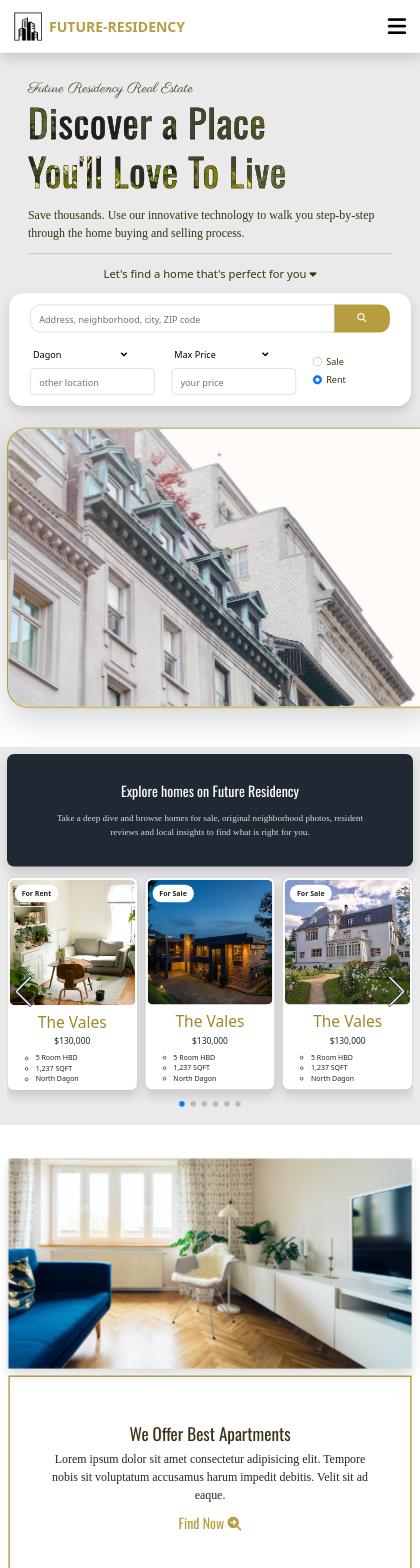
Repository: pyaestk/Future-residency
Page: index.html
The author's editor kept a copy of each file at every save. The page is drawn from the files as they stood at one save, then again after the next save.
The browser window is 600 px wide. The pictures show the part of the page from y = 0 to 2240 px (the page is 4250 px tall), at 70% of full size.
Some web fonts or font styles are not loaded; a fallback is used.

Above is the page before, as saved 2022-12-13 20:49:03.

### index.html
<!doctype html>
<html lang="en">

<head>
  <meta charset="utf-8">
  <meta name="viewport" content="width=device-width, initial-scale=1, minimum-scale=1, maximum-scale=1 ">
  <title>FUTURE-RESIDENCY</title>
  <!--bootstrap-->
  <link href="https://cdn.jsdelivr.net/npm/bootstrap@5.2.3/dist/css/bootstrap.min.css" rel="stylesheet"
    integrity="sha384-rbsA2VBKQhggwzxH7pPCaAqO46MgnOM80zW1RWuH61DGLwZJEdK2Kadq2F9CUG65" crossorigin="anonymous">

  <!--custom css-->
  <link rel="stylesheet" href="style.css" type="text/css">
  <link rel="stylesheet" href="styleMobileview.css" type="text/css">
  <link rel="stylesheet" href="styleTabletview.css" type="text/css">

  <!--font awesome-->
  <link rel="stylesheet" href="https://cdnjs.cloudflare.com/ajax/libs/font-awesome/6.2.1/css/all.min.css"
    integrity="sha512-MV7K8+y+gLIBoVD59lQIYicR65iaqukzvf/nwasF0nqhPay5w/9lJmVM2hMDcnK1OnMGCdVK+iQrJ7lzPJQd1w=="
    crossorigin="anonymous" referrerpolicy="no-referrer" />

  <!--swiper js-->
  <link rel="stylesheet" href="https://cdn.jsdelivr.net/npm/swiper@8/swiper-bundle.min.css" />

</head>

<body>

  <!-- background -->
  <div class="background"></div>

  <!--navigation-->
  <nav class="shadow">
    <div class="logo-area">
      <img src="img/FUTURE_ReSIDENCY-removebg-preview.png" alt="logo" class="logo">
      <span>FUTURE-RESIDENCY</span>
    </div>


    <!--desktop-->
    <div class="navlinks" id="nav-right">
      <div class="icon closeMenubar shadow" onclick="hideMenu()">
        <i class="fa-solid fa-xmark"></i>
      </div>
      <ul>
        <li><a href="#">HOME</a></li>
        <li><a href="properties.html">PROPERTIES</a></li>
        <li><a href="aboutUs.html">ABOUT US</a></li>
        <li><a href="contactUs.html">CONTACT US</a></li>
        <a href="singIn.html" class="navibutton">JOIN</a></li>
      </ul>
    </div>
    <div class="icon openMenubar">
      <i class="fa-solid fa-bars" onclick="showMenu()"></i>
    </div>
  </nav>
  <!--end navigation-->


  <!--jumbotron-->
  <div class="jumbotron mb-5">
    <div class="row mt-3">

      <div class="col-md-7 content">
        <div class="row px-5 text-center">
          <div class="col-md-12 mt-4 px-1">
            <div class="subtext text-center">
              <h4 class="mb-0">Future Residency Real Estate</h4>
            </div>
            <p>Discover a Place <br> You'll Love To Live</p>
            <div class="subtext my-2 text-center">
              <span>Save thousands. Use our innovative technology to walk you
                step-by-step through the home buying and selling process.</span>
            </div>
            <hr>
          </div>
        </div>

        <div class="row justify-content-md-center formsession">
          <div class="col-md-12">
            <div class="mb-3 text-center">
              <span style="--delay: .4s;">
                Let's find a home that's perfect for you <i class="fa-sharp fa-solid fa-caret-down"></i>
              </span>
            </div>
            <div class="searchSection shadow  py-3 " style="--delay: 1s;">
              <div class="row">
                <div class="container input-group form-area mb-3 searchgroup">
                  <input type="text" class="form-control searchbar" placeholder="Address, neighborhood, city, ZIP code">
                  <button><i class="fa-solid fa-magnifying-glass"></i></button>
                </div>
              </div>
              <div class="row">
                <div class="col-md-5 col">
                  <select name="" id="">
                    <option value="">Dagon</option>
                    <option value="">North Dagon</option>
                    <option value="">Yankin</option>
                    <option value="">San Chaung</option>
                  </select>
                  <input type="text" class="form-control" placeholder="other location">
                </div>
                <div class="col-md-5 col">
                  <select name="" id="">
                    <option value="">Max Price</option>
                    <option value="">Average</option>
                    <option value="">Min Price</option>
                  </select>
                  <input type="text" class="form-control" placeholder="your price">
                </div>
                <div class="col-md-2 pt-3 col-3">
                  <div class="form-check">
                    <input class="form-check-input" type="radio" name="flexRadioDefault" id="flexRadioDefault1">
                    <label class="form-check-label" for="flexRadioDefault1">
                      Sale
                    </label>
                  </div>
                  <div class="form-check">
                    <input class="form-check-input" type="radio" name="flexRadioDefault" id="flexRadioDefault2" checked>
                    <label class="form-check-label" for="flexRadioDefault2">
                      Rent
                    </label>
                  </div>
                </div>
              </div>
            </div>
          </div>
        </div>
      </div>

      <div class="col-md-5 text-center customCarousel my-2">
        <div id="carouselExampleCaptions" class="carousel slide w-100" data-bs-ride="true">
          <div class="carousel-inner carouselborder shadow-lg">
            <div class="carousel-item active">
              <img src="img/pexels-alesia-talkachova-2768311.jpg" alt="">
            </div>
            <div class="carousel-item">
              <video src="img/carouselvideo1.mp4" autoplay loop muted></video>
            </div>
            <div class="carousel-item">
              <img src="img/pexels-mathias-reding-5331975.jpg" alt="">
            </div>
          </div>
          <button class="carousel-control-next" type="button" data-bs-target="#carouselExampleCaptions"
            data-bs-slide="next">
            <span class="carousel-control-next-icon" aria-hidden="true"></span>
            <span class="visually-hidden">Next</span>
          </button>
        </div>
      </div>
    </div>
  </div>
  <!--end jumbotron-->

  <div class="group1">
    <div class="row">

      <div class="col-md-4">
        <div class="row label2 shadow">
          <div class="col-md-12 text-center" >

            <h3 id="reveal2">Explore homes on Future Residency</h3>
            <p class="sublabel" id="reveal3" style="font-family: 'Cormorant Infant', serif;">
              Take a deep dive and browse homes for sale, original neighborhood photos, resident reviews and local
              insights to find what is right for you.
            </p>

          </div>
        </div>
      </div>

      <div class="col-md-8">

        <div class="row featuredcard">
          <div class="col-md-12">
            <!--index swiperJs-->
            <div class="swiper mySwiper">
              <div class="swiper-wrapper mb-4">
                <div class="swiper-slide">

                  <div class="card salecard shadow">
                    <div class="salecard-img">
                      <img src="img/apartment1.jpg" class="card-img-top" alt="...">
                      <div class="layer">
                        <a href="saleItem.html" class="text-decoration-none text-white"><h6> See More <i class="fa-sharp fa-solid fa-arrow-right-from-bracket"></i></h6></a>
                      </div>
                      <div class="layer2">
                        <span>For Rent</span>
                      </div>
                    </div>
                    <div class="salecard-body">
                      <div class="row">
                        <div class="col-md-12 text-center">
                          <h4>The Vales</h4>
                          <h6>$130,000</h6>
                        </div>
                        <div class="col-md-12">
                          <li>5 Room HBD</li>
                          <li>1,237 SQFT</li>
                          <li>North Dagon</li>
                        </div>
                      </div>
                    </div>
                  </div>

                </div>
                <div class="swiper-slide">

                  <div class="card salecard shadow">
                    <div class="salecard-img">
                      <img src="img/house3.jpg" class="card-img-top" alt="...">
                      <div class="layer">
                        <h6> See More <i class="fa-sharp fa-solid fa-arrow-right-from-bracket"></i></h6>
                      </div>
                      <div class="layer2">
                        <span>For Sale</span>
                      </div>
                    </div>
                    <div class="salecard-body">
                      <div class="row">
                        <div class="col-md-12 text-center">
                          <h4>The Vales</h4>
                          <h6>$130,000</h6>
                        </div>
                        <div class="col-md-12">
                          <li>5 Room HBD</li>
                          <li>1,237 SQFT</li>
                          <li>North Dagon</li>
                        </div>
                      </div>
                    </div>
                  </div>

                </div>
                <div class="swiper-slide">

                  <div class="card salecard shadow">
                    <div class="salecard-img">
                      <img src="img/house1.jpg" class="card-img-top" alt="...">
                      <div class="layer">
                        <h6> See More <i class="fa-sharp fa-solid fa-arrow-right-from-bracket"></i></h6>
                      </div>
                      <div class="layer2">
                        <span>For Sale</span>
                      </div>
                    </div>
                    <div class="salecard-body">
                      <div class="row">
                        <div class="col-md-12 text-center">
                          <h4>The Vales</h4>
                          <h6>$130,000</h6>
                        </div>
                        <div class="col-md-12">
                          <li>5 Room HBD</li>
                          <li>1,237 SQFT</li>
                          <li>North Dagon</li>
                        </div>
                      </div>
                    </div>
                  </div>

                </div>
                <div class="swiper-slide">

                  <div class="card salecard shadow">
                    <div class="salecard-img">
                      <img src="img/house5.jpg" class="card-img-top" alt="...">
                      <div class="layer">
                        <h6> See More <i class="fa-sharp fa-solid fa-arrow-right-from-bracket"></i></h6>
                      </div>
                      <div class="layer2">
                        <span>For Sale</span>
                      </div>
                    </div>
                    <div class="salecard-body">
                      <div class="row">
                        <div class="col-md-12 text-center">
                          <h4>The Vales</h4>
                          <h6>$130,000</h6>
                        </div>
                        <div class="col-md-12">
                          <li>5 Room HBD</li>
                          <li>1,237 SQFT</li>
                          <li>North Dagon</li>
                        </div>
                      </div>
                    </div>
                  </div>

                </div>
                <div class="swiper-slide">

                  <div class="card salecard shadow">
                    <div class="salecard-img">
                      <img src="img/house10.jpg" class="card-img-top" alt="...">
                      <div class="layer">
                        <h6> See More <i class="fa-sharp fa-solid fa-arrow-right-from-bracket"></i></h6>
                      </div>
                      <div class="layer2">
                        <span>For Sale</span>
                      </div>
                    </div>
                    <div class="salecard-body">
                      <div class="row">
                        <div class="col-md-12 text-center">
                          <h4>The Vales</h4>
                          <h6>$130,000</h6>
                        </div>
                        <div class="col-md-12">
                          <li>5 Room HBD</li>
                          <li>1,237 SQFT</li>
                          <li>North Dagon</li>
                        </div>
                      </div>
                    </div>
                  </div>

                </div>
                <div class="swiper-slide">

                  <div class="card salecard shadow">
                    <div class="salecard-img">
                      <img src="img/apartment5.jpg" class="card-img-top" alt="...">
                      <div class="layer">
                        <h6> See More <i class="fa-sharp fa-solid fa-arrow-right-from-bracket"></i></h6>
                      </div>
                      <div class="layer2">
                        <span>For Rent</span>
                      </div>
                    </div>
                    <div class="salecard-body">
                      <div class="row">
                        <div class="col-md-12 text-center">
                          <h4>The Vales</h4>
                          <h6>$130,000</h6>
                        </div>
                        <div class="col-md-12">
                          <li>5 Room HBD</li>
                          <li>1,237 SQFT</li>
                          <li>North Dagon</li>
                        </div>
                      </div>
                    </div>
                  </div>

                </div>

              </div>

              <div class="swiper-button-next" style="color: #ffffff;   -webkit-text-stroke-width: 1px;
              -webkit-text-stroke-color: #1F2833;"></div>

              <div class="swiper-button-prev text-light" style="color: #ffffff;   -webkit-text-stroke-width: 1px;
              -webkit-text-stroke-color: #1F2833;"></div>

              <div class="swiper-pagination"></div>
            </div>
          </div>
          <!--swiperJs end-->
        </div>
      </div>

    </div>
  </div>
  <!--group1 end-->




  <div class="container-fluid pt-5">
    <div class="row pic-container">
      <div class="col-md-7">
        <div class="pic1">
          <img class="shadow" src="img/jarek-ceborski-jn7uVeCdf6U-unsplash.jpg" alt="" id="reveal2">
        </div>
      </div>
      <div class=" col-md-5 d-flex flex-column justify-content-center">
        <div class="pic1-caption d-flex flex-column justify-content-center px-5 align-items-center" >
          <h3 id="reveal">We Offer Best Apartments</h3>
          <span id="reveal2">Lorem ipsum dolor sit amet consectetur adipisicing elit.
             Tempore nobis sit voluptatum accusamus harum impedit debitis.
             Velit sit ad eaque.
          </span>
          <a href="properties.html" class="text-decoration-none"><h6 id="reveal3">Find Now <i class="fa-solid fa-magnifying-glass-arrow-right"></i></h6></a>
        </div>
      </div>
    </div>
  </div>
  <div class="container-fluid pt-2">
    <div class="row mt-3">
      <div class="col-md-4 vid">
        <video class="shadow" src="img/1624370561481-FbR_sea_fin_2905 - converted with Clipchamp.mp4" muted autoplay loop poster="img/Screenshot 2022-12-05 124058.jpg" id="reveal2"></video>
      </div>
      <div class=" col-md-8 d-flex flex-column justify-content-center">
        <div class="vid-caption px-5 d-flex flex-column justify-content-center align-items-center" >
          <h3 id="reveal">We Offer Best Location</h3>
          <span id="reveal2">Lorem ipsum dolor sit amet consectetur adipisicing elit.
            Tempore nobis sit voluptatum accusamus harum impedit debitis.
            Velit sit ad eaque.
            Lorem ipsum dolor sit amet consectetur adipisicing elit. Unde, rerum?
          </span>
          <a href="properties.html" class="text-decoration-none"><h6 id="reveal3">Find Now <i class="fa-solid fa-magnifying-glass-arrow-right"></i></h6></a>
        </div>
      </div>

    </div>
  </div>

  <div class="container-fluid pt-2 mb-5">
    <div class="row mt-3 pic2-container">

      <div class=" col-md-5 d-flex flex-column justify-content-center">
        <div class="pic2-caption px-5 d-flex flex-column justify-content-center align-items-center">
          <h3 id="reveal">We Offer Best Houses</h3>
          <span id="reveal2">Lorem ipsum dolor sit amet consectetur adipisicing elit.
            Tempore nobis sit voluptatum accusamus harum impedit debitis.
            Velit sit ad eaque.
          </span>
          <a href="properties.html" class="text-decoration-none"><h6 id="reveal3">Find Now <i class="fa-solid fa-magnifying-glass-arrow-right"></i></h6></a>
        </div>
      </div>
      <div class="col-md-7 pic2">
        <img class="shadow" src="img/stephan-bechert-yFV39g6AZ5o-unsplash.jpg" alt="" id="reveal">
      </div>

    </div>
  </div>



  <!--footer-->
  <div class="footer pt-5">
    <div class="container text-center text-white">
      <div class="row">
        <div class="col-md-12 my-5" id="reveal3">
          <h2><img src="img/FUTURE_ReSIDENCY-removebg-preview-modified.png" alt="logo" class="logo pb-2"><span>
              FUTURE-RESIDENCY </span> Real Estate</h2>
        </div>
      </div>
      <div class="row pb-5 gap-5 justify-content-md-center">
        <div class="col col-md-3" id="reveal3">
          </ul>
          <h5>Our company</h5>
          <div>about us</div>
          <div>privacy policy</div>
          <div>terms of service</div>
        </div>
        <div class="col-md-auto" id="reveal3">
          <h5>Advertise with Us</h5>
          <div>list a property</div>
          <div>business solutions</div>
        </div>
        <div class="col col-md-3" id="reveal3">
          <h5>Let us Help</h5>
          <div>avoid scams</div>
          <div>contact us</div>
          <div>site map</div>
        </div>
      </div>
      <hr>
      <div class="row text-center pb-2">
        <div class="col-md-12">
          <span class="copyright" id="reveal3">© 2022 Rent Group Inc. All rights reserved. All photos, videos, text and other content
            are the property of Future-Residency Group Inc. APARTMENT GUIDE and the APARTMENT GUIDE Trade Dress
            are registered trademarks of Future-Residency Inc. or its affiliates.</span>
        </div>
      </div>
    </div>
  </div>



  <!--swiper js-->
  <script src="https://cdn.jsdelivr.net/npm/swiper@8/swiper-bundle.min.js"></script>

  <!--javascript-->
  <script src="app.js"></script>

  <!--bootstrap-->
  <script src="https://cdn.jsdelivr.net/npm/bootstrap@5.2.3/dist/js/bootstrap.bundle.min.js"
    integrity="sha384-kenU1KFdBIe4zVF0s0G1M5b4hcpxyD9F7jL+jjXkk+Q2h455rYXK/7HAuoJl+0I4"
    crossorigin="anonymous"></script>
</body>

</html>

### styleMobileview.css

/* mobile view */

@media only screen and (max-width: 767px) {

  /* navigation */
  .icon{
    display: block;
    cursor: pointer;
  }
  nav{
    z-index: 1000;
  }
  .navlinks{
    position: absolute;
    background-color: rgb(216, 216, 216);
    height: 100vh;
    width: 100vw;
    top: 0;
    right: -100vw;
    text-align: left;
    z-index: 10;
    transition: .7s;
    overflow-y: hidden;
    padding-bottom: 50px;
  }
  .navlinks ul li a{
    color: black;
  }
  .navlinks ul li{
    display: block;
    margin: 50px 0;
    border-radius: 20px;
  }
  .navlinks ul{
    padding-left: 0;
    text-align: center;
  }
  .navibutton{
    margin-left: 0;
    color: black;
    border: 2px solid black;
  }
  .navlinks .closeMenubar{
    background-color: white;
    display: block;
    padding: 15px 20px;
    text-align: end;
    position: sticky;
    top: 0;
  }
  /* navigation end */

  /* jumbotron */


  .jumbotron p{
    font-size: 55px;
    text-align: start;
  }
  .subtext h4{
    font-size: 20px;
    text-align: start!important;
  }
  .subtext{
    font-size: 17px;
    text-align: start!important;
  }
  .indexBackground{
    background: linear-gradient(90deg, #EAEAEA 65%, #EAEAEA -30%);
  }
  .searchSection{
    margin: 10px 13px;
  }
  .customCarousel{
    margin-left: 10px;
  }
  .carousel-control-next{
    padding-right: 30px;
  }
  .carouselborder img{
    width: 100%;
    height: 77vh;
    object-position: center;
    object-fit: cover;
    transition: 1s;
  }
  .carouselborder video{
    width: 100%;
    height: 77vh;
    object-position: bottom;
    object-fit: cover;
  }
  .carouselborder{
    border-radius: 30px 0 0 30px;
    height: 50vh;
    border: 2px solid #b69e40;
  }
  /* jumbotron end */

  /* first group */
  .group1{
    padding-top: 10px;
    padding-bottom: 10px;
  }
  .label2{
    margin-left: 10px;
    border-radius: 10px;
    margin: 0 10px;
    padding: 40px 15px 40px 15px;
  }
  .label2 h3{
    font-size: 20px;
  }
  .sublabel{
    font-size: 13px;
    padding-top: 10px;
  }
  .salecard li{
    padding-left: 20px;
  }
  .featuredcard{
    padding: 0 10px;
  }
  /* second group */
  .group2 .col-md-8{
    order: 2;
  }
  .label{
    margin: 10px!important;
    padding: 30px 0;
    border-radius: 5px 20px 20px 5px;
  }
  .label h3{
    font-size: 20px;
    padding: 20px 10px;
  }


  .salecard h6{
    font-size: 12px;
    padding-bottom: 0;
  }
  .salecard li{
    font-size: 10px;
    list-style-type: circle;
  }
  .layer h5{
    font-size: 12px;
  }

  .layer2{
    font-size: 10px;
    padding: 3px 3px;
  }
  .pic2-container .col-md-5{
    order: 2;
  }
  .pic1-caption, .pic2-caption{
    margin-top: 10px;
  }
  .vid-caption{
    margin-top: 5px;
  }

  /* properties */
  .searchSection{
    font-size: 13px;
  }
  .searchSection input::placeholder{
    font-size: 13px;
  }

  /* aboutUs */
  .ourhistory .label2{
    color: white;
    background-color: #1F2833;
    margin-left: 10px;
    border-radius: 5px;
    margin: 10px 10px;
    padding: 10px;
  }
  .ourhistory .history{
    border-radius: 20px 5px 5px 20px;
    margin: 30px 10px 19px 10px!important;
  }
  .history{
    text-align: justify;
  }
  .locationsession{
    text-align: center;
    margin: 10px;
  }
  .aboutUscard-container{
    padding-left: 0px!important;
    margin: 0!important;
  }
  .aboutUscard{
    width: 100%;
    margin-top: 30px;
    padding: 30px 10px 10px 30!important;
  }
  .aboutUs .label{
    border-radius: 5px;
  }

  /* contact us */
  .contactsession .cards{
    width: 320px;
  }
  .contactsession .card-body{
    padding: 25px 5px;
  }
  .contactsession h3{
    font-size: 15px;
  }
  .card-text{
    font-size: 14px;
  }
  .contactCard{
    height: 300px;
  }
  .contactCard h4{
    font-size: 18px;
  }
  .contactCard h6{
    font-size: 14px;
  }
  .contactCard p{
    font-size: 12px;
  }

  /* sign in page */
  .login-form{
    min-height: 60vh;
  }
  .login-video{
    margin-top: 25px;
  }
  .loginlayer{
    width: 270px;
  }
  .loginlayer h3{
    font-size: 20px;
  }
  .loginlayer h6{
    font-size: 13px;
  }

  /* saleitem page */
  .itemDetail{
    margin-top: 25px;
    margin-bottom: 30px;
  }

  /* footer */
  .footer h2{
    font-size: 19px;
  }
  .footer h5{
    font-size: 17px;
  }
  .footer{
    font-size: 12px;
  }
  .footer .copyright{
    font-size: 12px;
  }

}

### styleTabletview.css

/* mobile view */

@media only screen and (min-width: 768px) and (max-width: 1100px) {
   /* navigation */
  .logo-area span{
    display: none;
  }

  /* jumbotron */
  .jumbotron p{
    font-size: 30px;
    line-height: 35px;
  }
  .subtext h4, .subtext{
    font-size: 13px;
  }
  .indexBackground{
    background: linear-gradient(90deg, #EAEAEA 65%, #EAEAEA -30%);
  }
  .searchSection{
    margin: 10px 10px 10px 30px;
    padding: 10px 20px;
  }
  .carouselborder{
    height: 400px;
  }
  .carouselborder img{
    /* max-height: 129vh; */
    height: 400px;
  }
  .carousel-control-next{
    padding-right: 30px;
  }
  .formsession span{
    font-size: 13px;
  }
  /* jumbotron end */

  /* first group */
  .group1{
    padding-top: 10px;
    padding-bottom: 10px;
  }
  .label2{
    border-radius: 10px;
    padding: 40px 15px 40px 15px;
  }
  .label2 h3{
    font-size: 20px;
  }
  .sublabel{
    font-size: 13px;
    padding-top: 10px;
  }
  .salecard li{
    padding-left: 20px;
  }
  .featuredcard{
    padding: 0 10px;
  }
  /* second group */
  .label{
    color: #1F2833;
    background-color: white;
    margin: 0 10px;
    border-radius: 10px;
  }
  .label h3{
    font-size: 20px;
    padding: 20px 10px;
  }

  .housecard .salecard{
    width: 230px;
    padding: 0;
  }

  .salecard h6{
    font-size: 12px;
    padding-bottom: 0;
  }
  .salecard li{
    font-size: 10px;
    padding-left: 20px;
    list-style-type: circle;
  }
  .layer h5{
    font-size: 12px;
  }

  .layer2{
    font-size: 10px;
    padding: 3px 3px;
  }

  /* properties */
  .searchSection{
    font-size: 13px;
  }
  .searchSection input::placeholder{
    font-size: 13px;
  }

  /* aboutUs */
  .ourhistory .label2{
    color: white;
    background-color: #1F2833;
    padding: 10px;
    margin-right: 0!important;
  }
  .ourhistory .history{
    border-radius: 20px 5px 5px 20px;
    margin-left: 0!important;
  }
  .history{
    text-align: justify;
    font-size: 10px;
  }
  .locationsession{
    text-align: center;
    margin: 10px;
  }
  .about-caption{
    font-size: 13px;
  }
  .conclusion h3{
    font-size: 20px;
  }
  .conclusion p{
    font-size: 13px;
    text-align: justify;
  }

  /* contact us */
  .contactsession h3{
    font-size: 16px;
  }
  .card-text{
    font-size: 14px;
  }
  .contactCard{
    height: 300px;
  }
  .contactCard h4{
    font-size: 18px;
  }
  .contactCard h6{
    font-size: 14px;
  }
  .contactCard p{
    font-size: 12px;
  }
  .locationsession h4{
    font-size: 15px;
  }
  .question span{
    font-size: 13px;
  }

  /* sign in page */
  .login-form{
    margin-top: 25px;
    min-height: 60vh;
  }
  .login-video{
    margin-top: 25px;
  }
  .loginlayer{
    width: 270px;
  }
  .loginlayer h3{
    font-size: 20px;
  }
  .loginlayer h6{
    font-size: 13px;
  }

  /* saleitem page */
  .itemDetail{
    margin-top: 25px;
    margin-bottom: 30px;
  }
  .itemimage{
    position: relative;
    top: 25px;
  }
  }

Loaded but not shown: app.js (123 lines, source omitted); style.css (723 lines, source omitted)

After the next save:
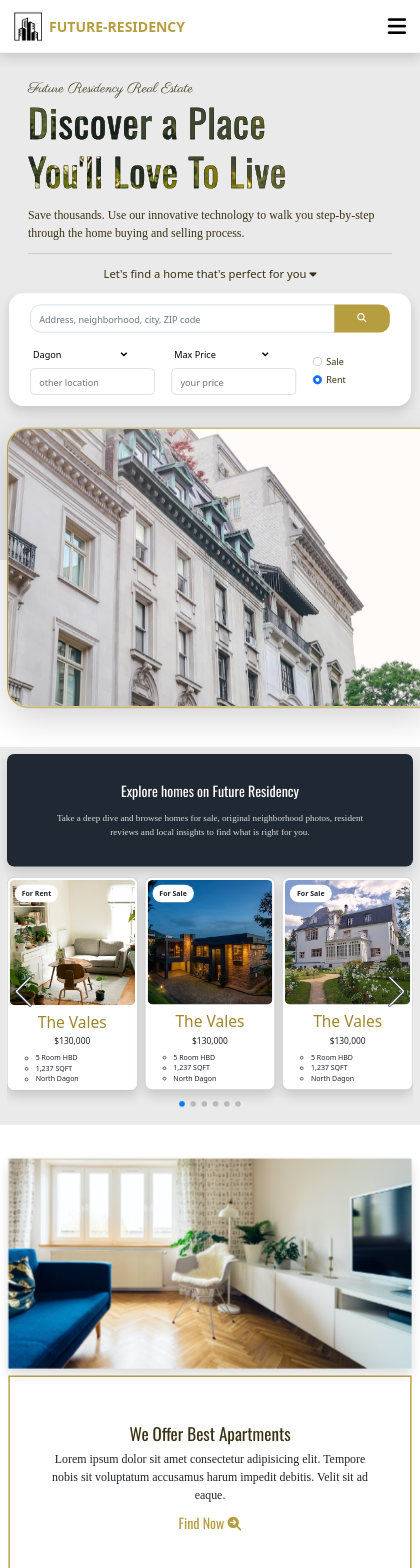
Saved 7 s later.
--- a/styleMobileview.css
+++ b/styleMobileview.css
@@ -80,14 +80,14 @@
   }
   .carouselborder img{
     width: 100%;
-    height: 77vh;
+    height: 50vh;
     object-position: center;
     object-fit: cover;
     transition: 1s;
   }
   .carouselborder video{
     width: 100%;
-    height: 77vh;
+    height: 50vh;
     object-position: bottom;
     object-fit: cover;
   }
